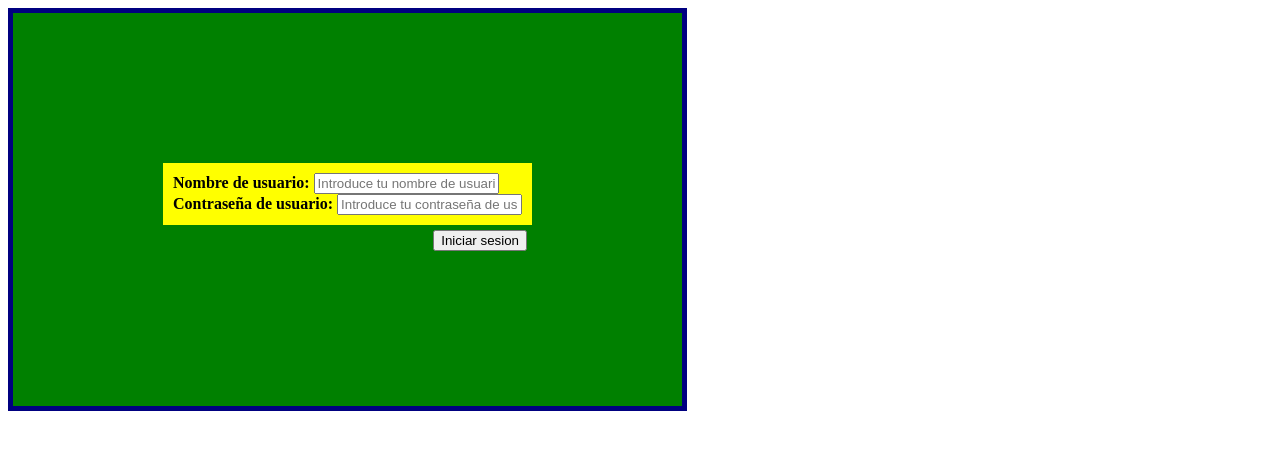
Repository: angegon/Developing-Applications-for-the-Java-EE-Platform
Page: javaee/08_ejemplo_fordward_login/WebContent/login.html
These files come from the project's save history. The page is drawn as it stood at one moment and after the next save; the edit follows.
The browser window is 1280 px wide. The pictures show the whole page.

Above is the page before, as saved 2016-12-21 16:01:49.

After the next save:
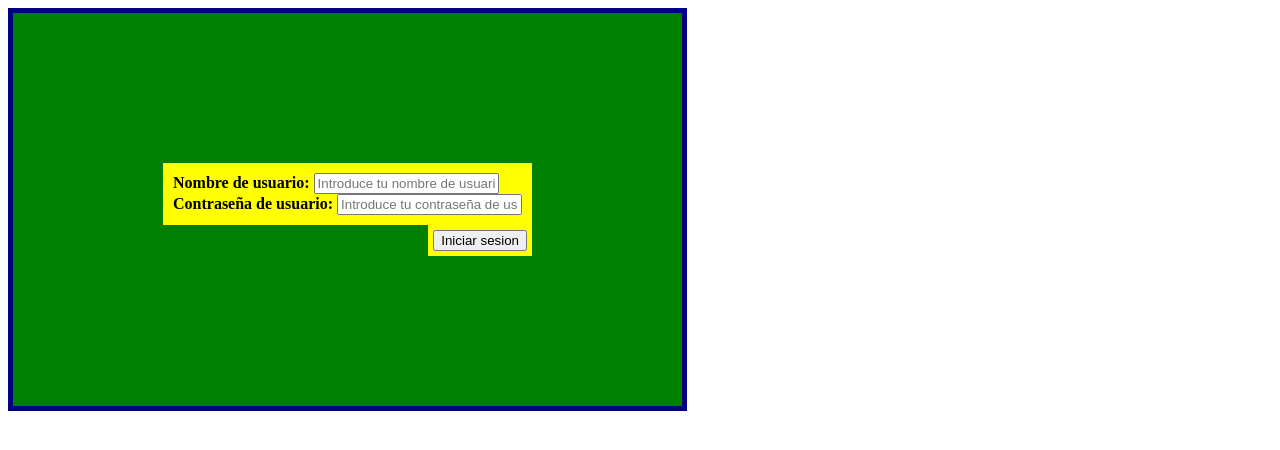
Saved 20 s later.
--- a/javaee/08_ejemplo_fordward_login/WebContent/login.html
+++ b/javaee/08_ejemplo_fordward_login/WebContent/login.html
@@ -16,7 +16,7 @@
 	</br>
 	</div>
 
-	<div style="float:right; padding: 5px">
+	<div style="float:right; padding: 5px; background-color: yellow;">
 	<input type="submit" value="Iniciar sesion"/>
 	</div>
 </div>
